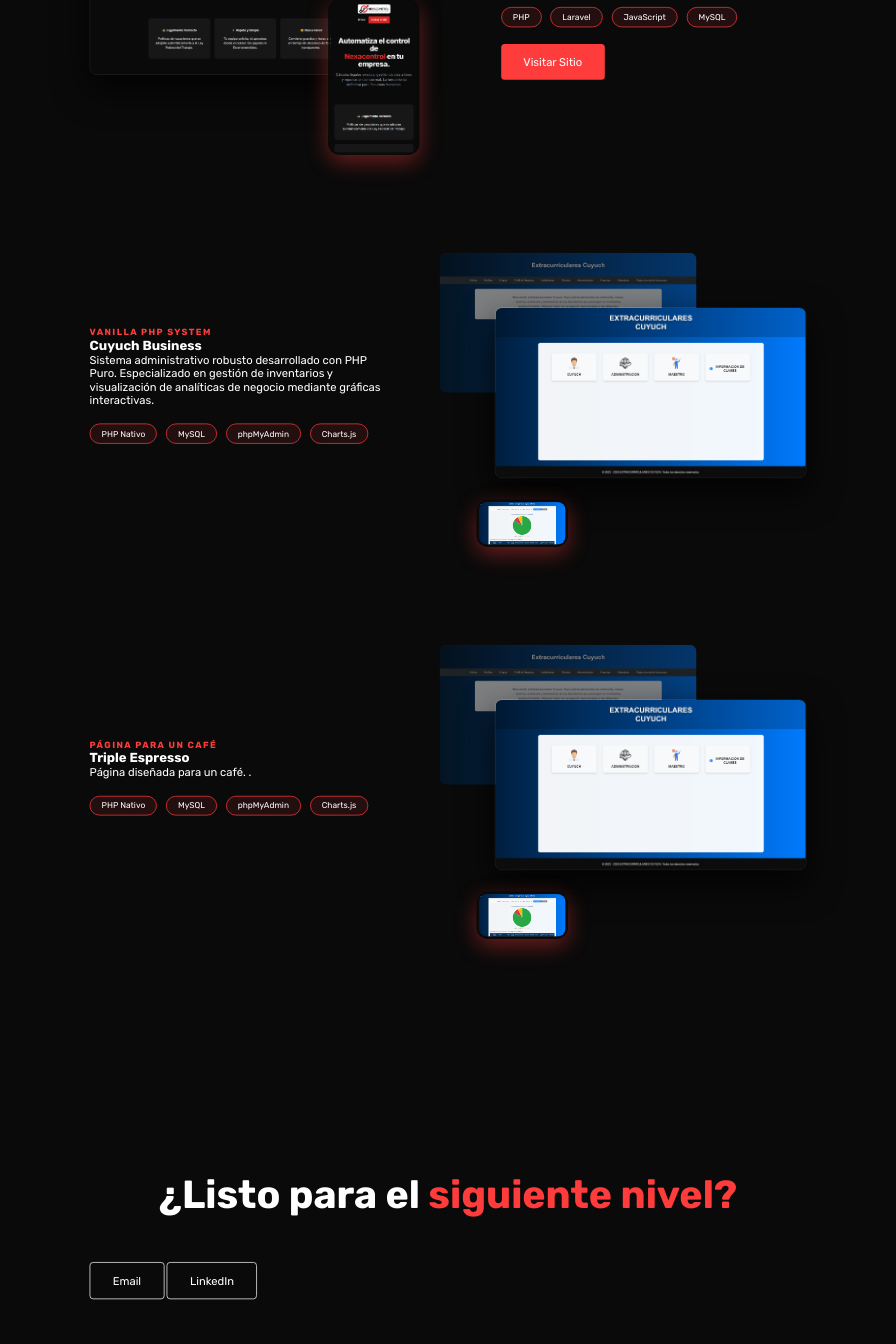
Repository: hercules830/Mi-portfolio-profesional
Page: index.html
The author's editor kept a copy of each file at every save. The page is drawn from the files as they stood at one save, then again after the next save.
The browser window is 1280 px wide. The pictures show the part of the page from y = 1690 to 3610 px (the page is 3610 px tall), at 70% of full size.
Some web fonts or font styles are not loaded; a fallback is used.

Above is the page before, as saved 2026-05-30 18:51:48.

After the next save:
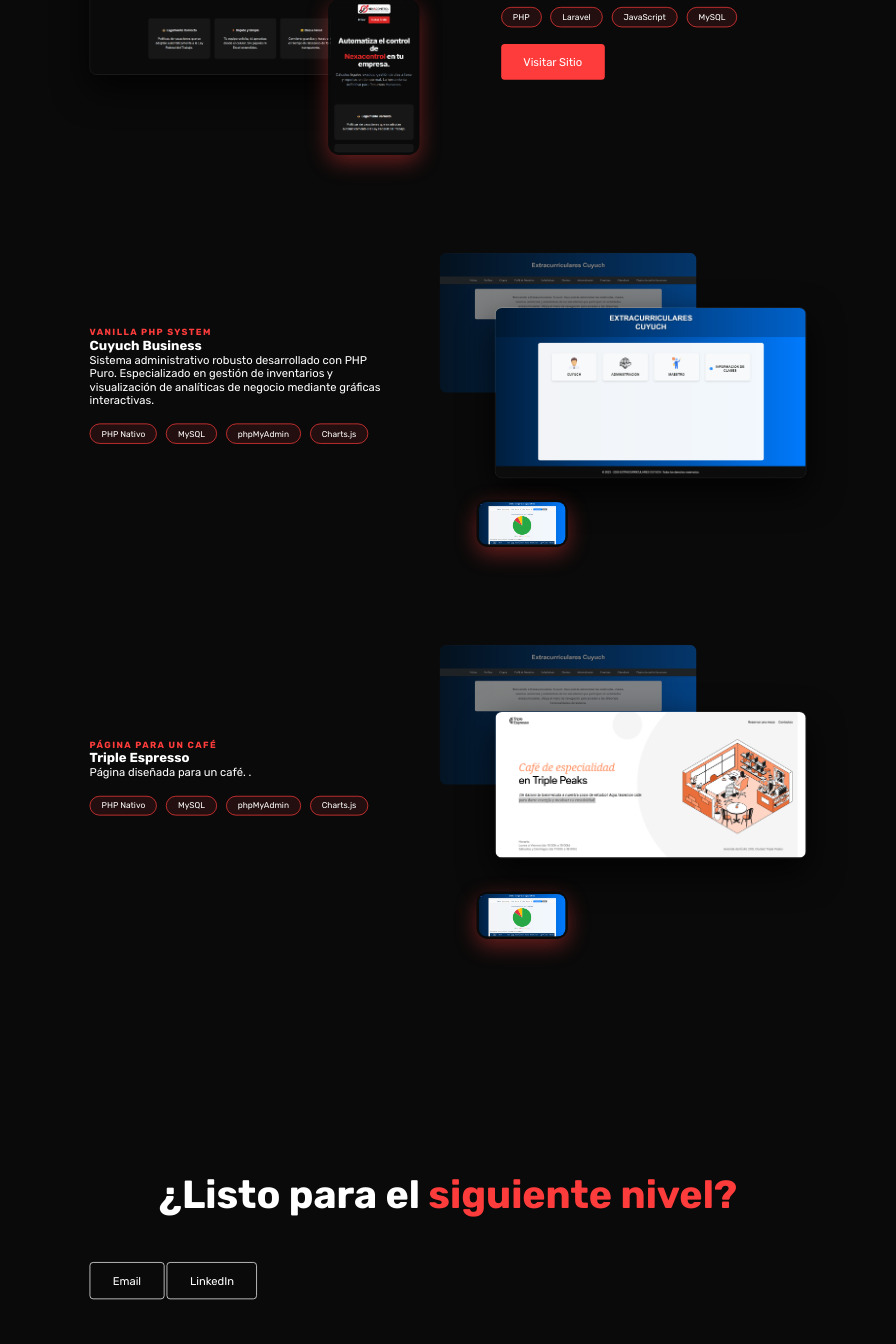
Saved 59 min 46 s later.
--- a/index.html
+++ b/index.html
@@ -146,7 +146,7 @@
         </div>
         <div class="featured-img-container">
           <img
-            src="assets/img/projects/indexCuyuch.png"
+            src="assets/img/projects/headTripleExpresso.png"
             alt="Cuyuch Home"
             class="img-lead zoomable"
           />
